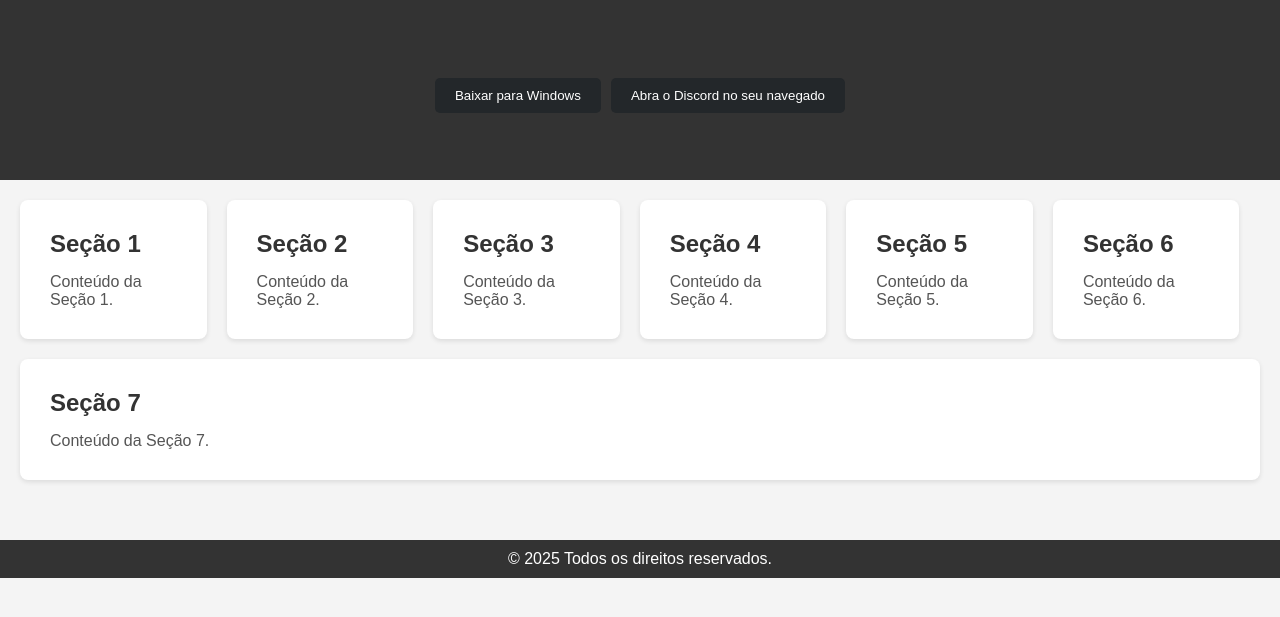
Repository: gustavotwist/projeto-discord
Page: index.html
An editor plug-in stored every save of this project. The page is shown before and after the next save, followed by the edit.
The browser window is 1280 px wide. The pictures show the whole page.

Above is the page before, as saved 2025-03-10 10:06:21.

After the next save:
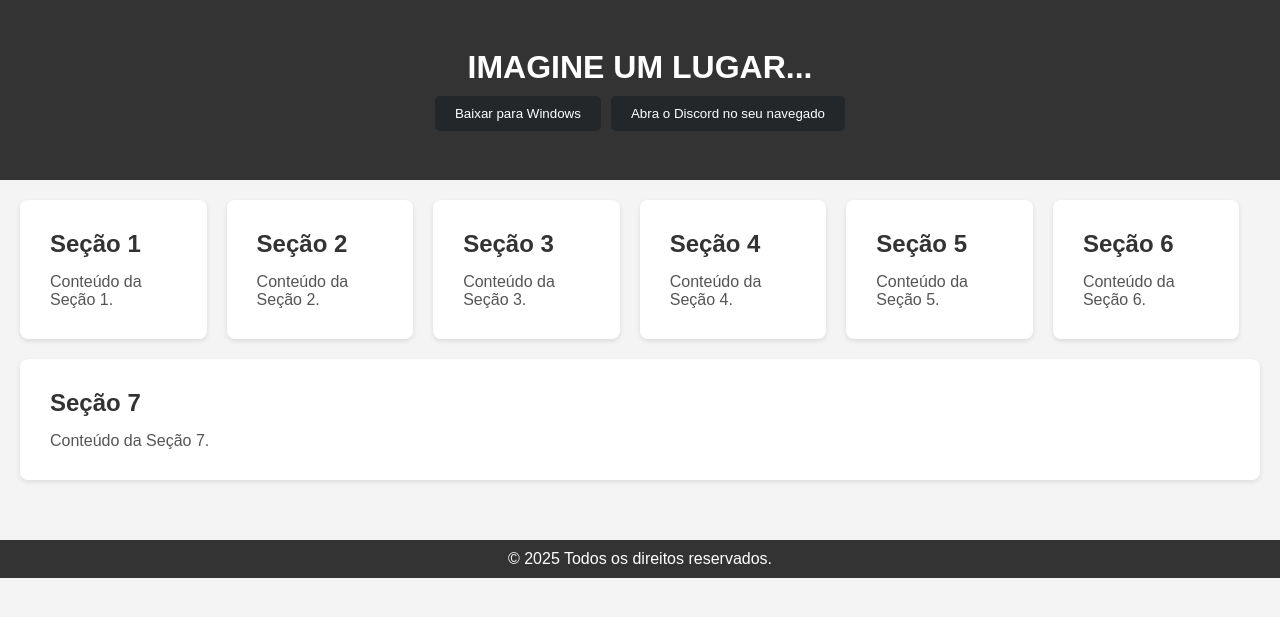
Saved 15 s later.
--- a/index.html
+++ b/index.html
@@ -9,7 +9,7 @@
 <body>
     <!-- Header -->
     <header>
-        <h1></h1>
+        <h1>IMAGINE UM LUGAR...</h1>
         <div class="header-buttons">
             <button class="btn login-btn">Baixar para Windows</button>
             <button class="btn signup-btn">Abra o Discord no seu navegado</button>
